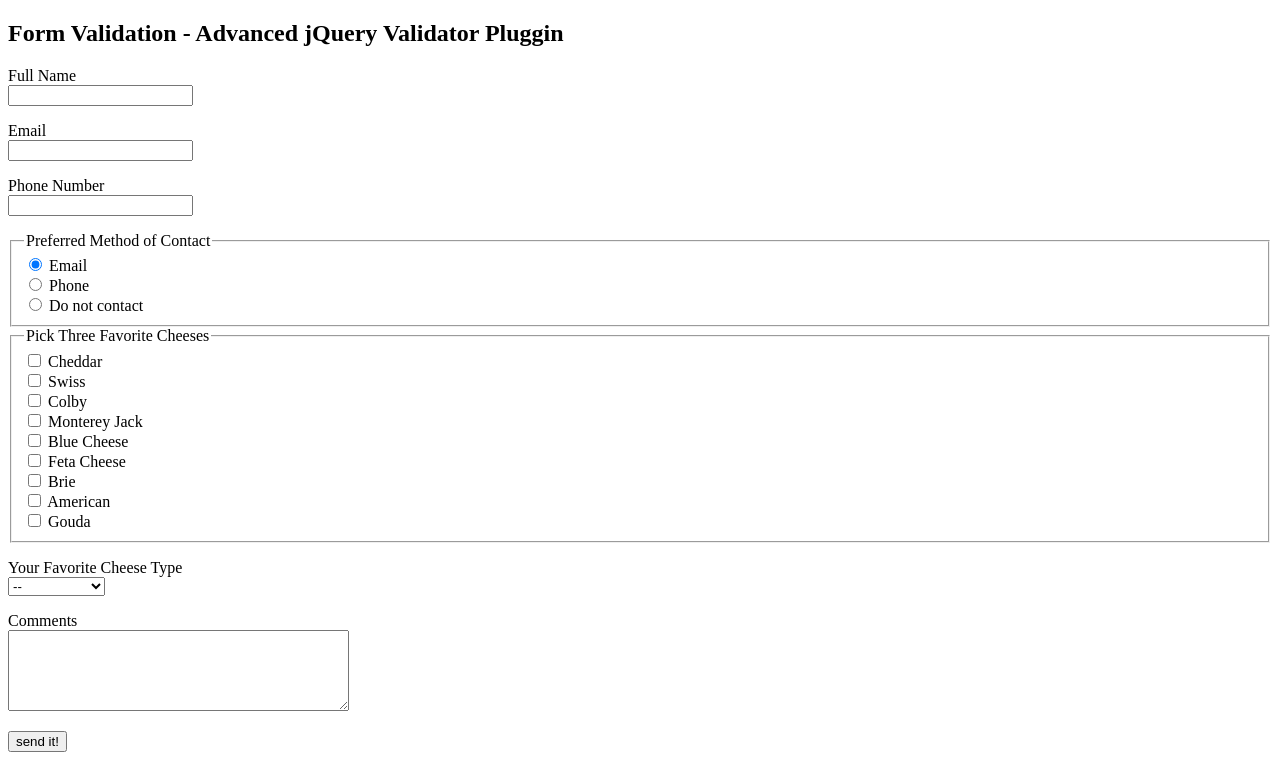
Repository: Ajeyinka/Form-Validate
Page: index.html
These files come from the project's save history. The page is drawn as it stood at one moment and after the next save; the edit follows.
The browser window is 1280 px wide. The pictures show the whole page.

Above is the page before, as saved 2026-02-18 09:05:54.

After the next save:
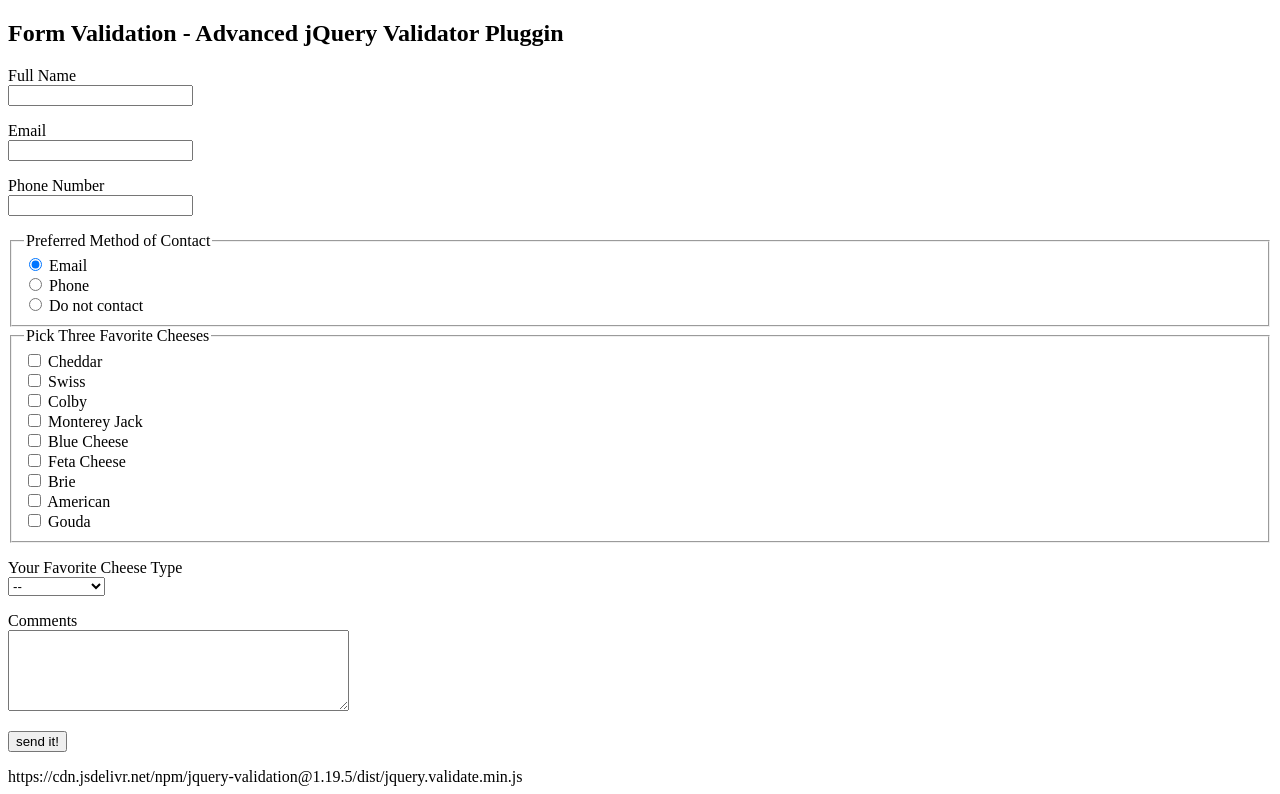
Saved 11 s later.
--- a/index.html
+++ b/index.html
@@ -153,7 +153,7 @@
 
     <script src="https://ajax.googleapis.com/ajax/libs/jquery/3.7.1/jquery.min.js"></script>
 
-    <!-- add validator plugin here -->
+    https://cdn.jsdelivr.net/npm/jquery-validation@1.19.5/dist/jquery.validate.min.js
     <!-- add your script to instantiate the validator plugin here -->
   </body>
 </html>

After the save that followed:
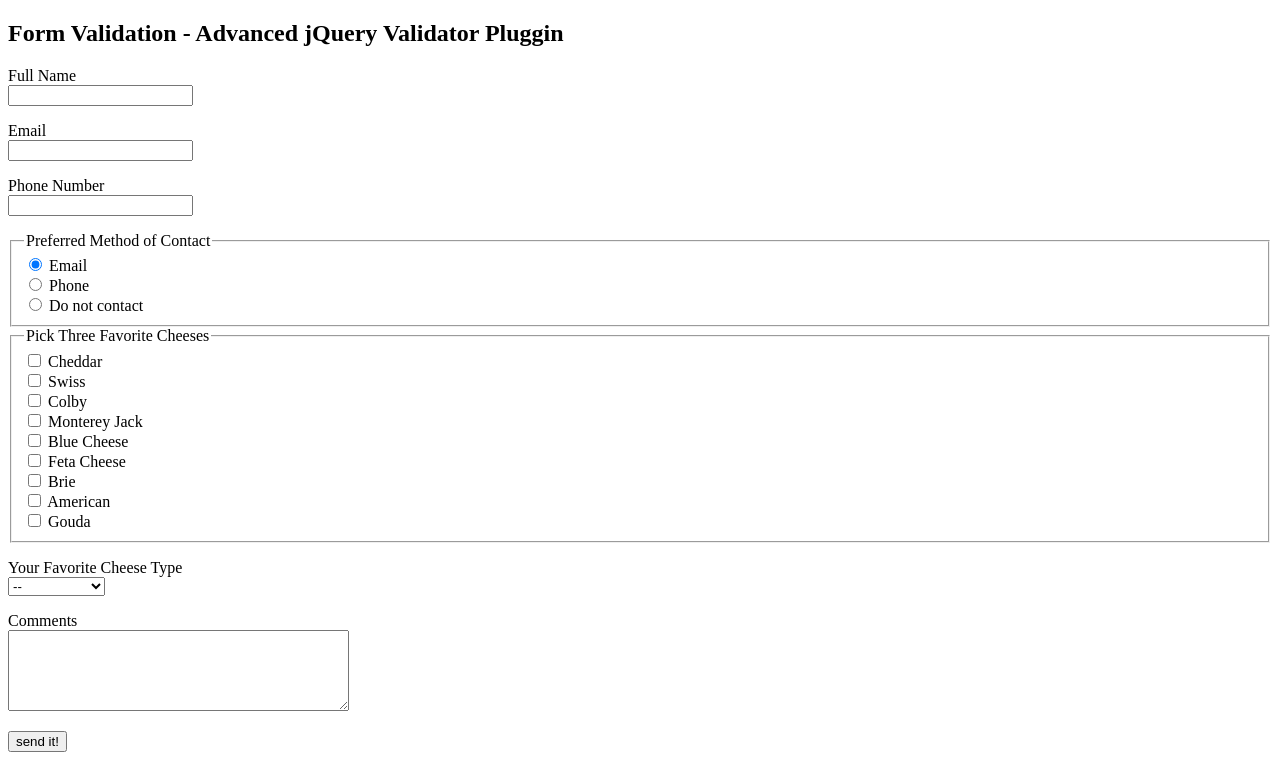
Saved 9 s later.
--- a/index.html
+++ b/index.html
@@ -152,8 +152,8 @@
     </section>
 
     <script src="https://ajax.googleapis.com/ajax/libs/jquery/3.7.1/jquery.min.js"></script>
-
-    https://cdn.jsdelivr.net/npm/jquery-validation@1.19.5/dist/jquery.validate.min.js
+    <script src="
+https://cdn.jsdelivr.net/npm/jquery-validation@1.19.5/dist/jquery.validate.min.js"></script>
     <!-- add your script to instantiate the validator plugin here -->
   </body>
 </html>
